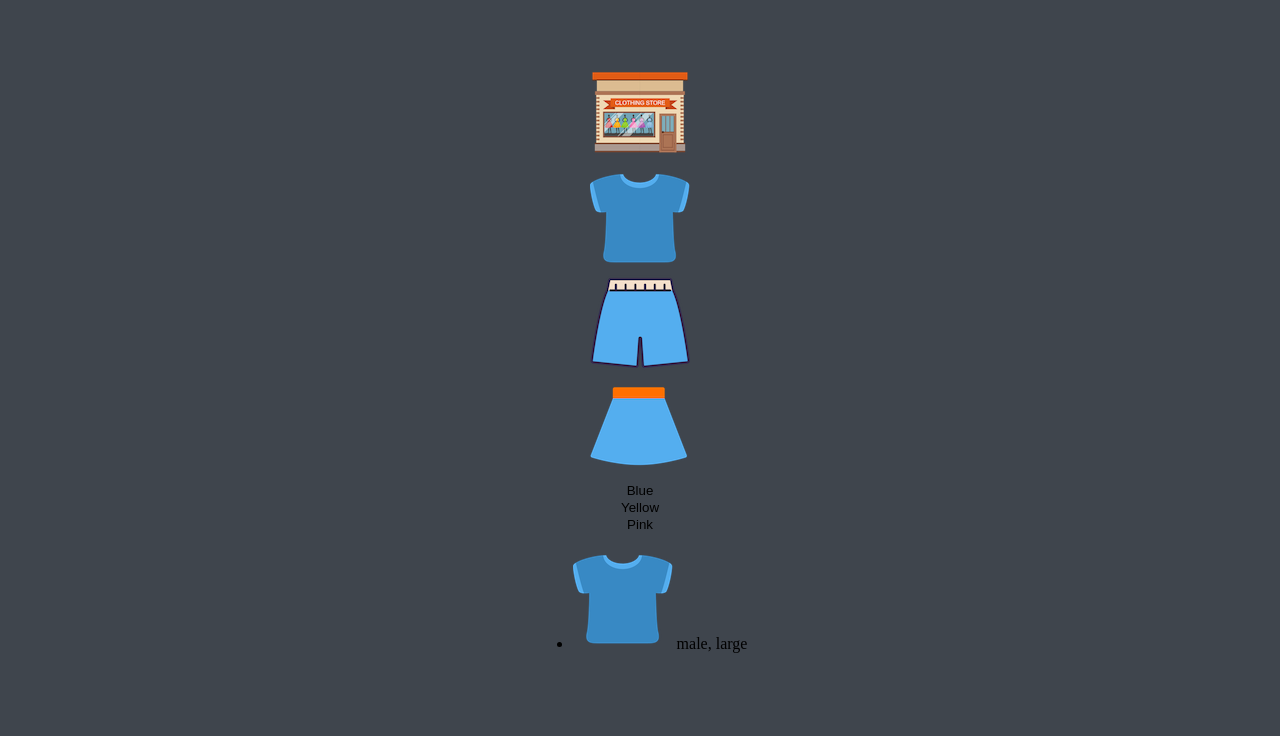
Repository: GoodHoneyCake/Dream_Coding_Academy1
Page: index.html
The author's editor kept a copy of each file at every save. The page is drawn from the files as they stood at one save, then again after the next save.
The browser window is 1280 px wide. The pictures show the whole page.

Above is the page before, as saved 2021-01-06 16:17:40.

After the next save:
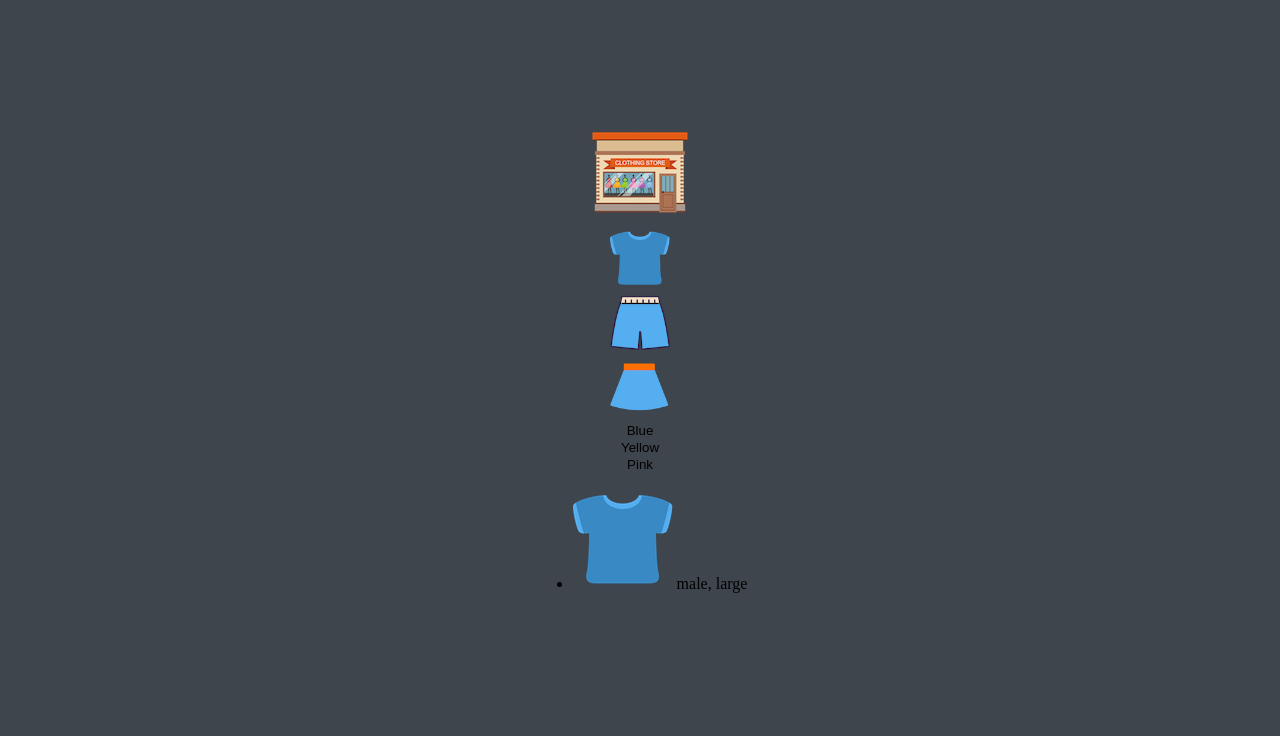
Saved 22 s later.
--- a/style.css
+++ b/style.css
@@ -44,3 +44,8 @@ body {
 .btn:hover {
   transform: scale(1.1);
 }
+
+.imgBtn {
+  width: var(--size-button);
+  height: var(--size-button);
+}
